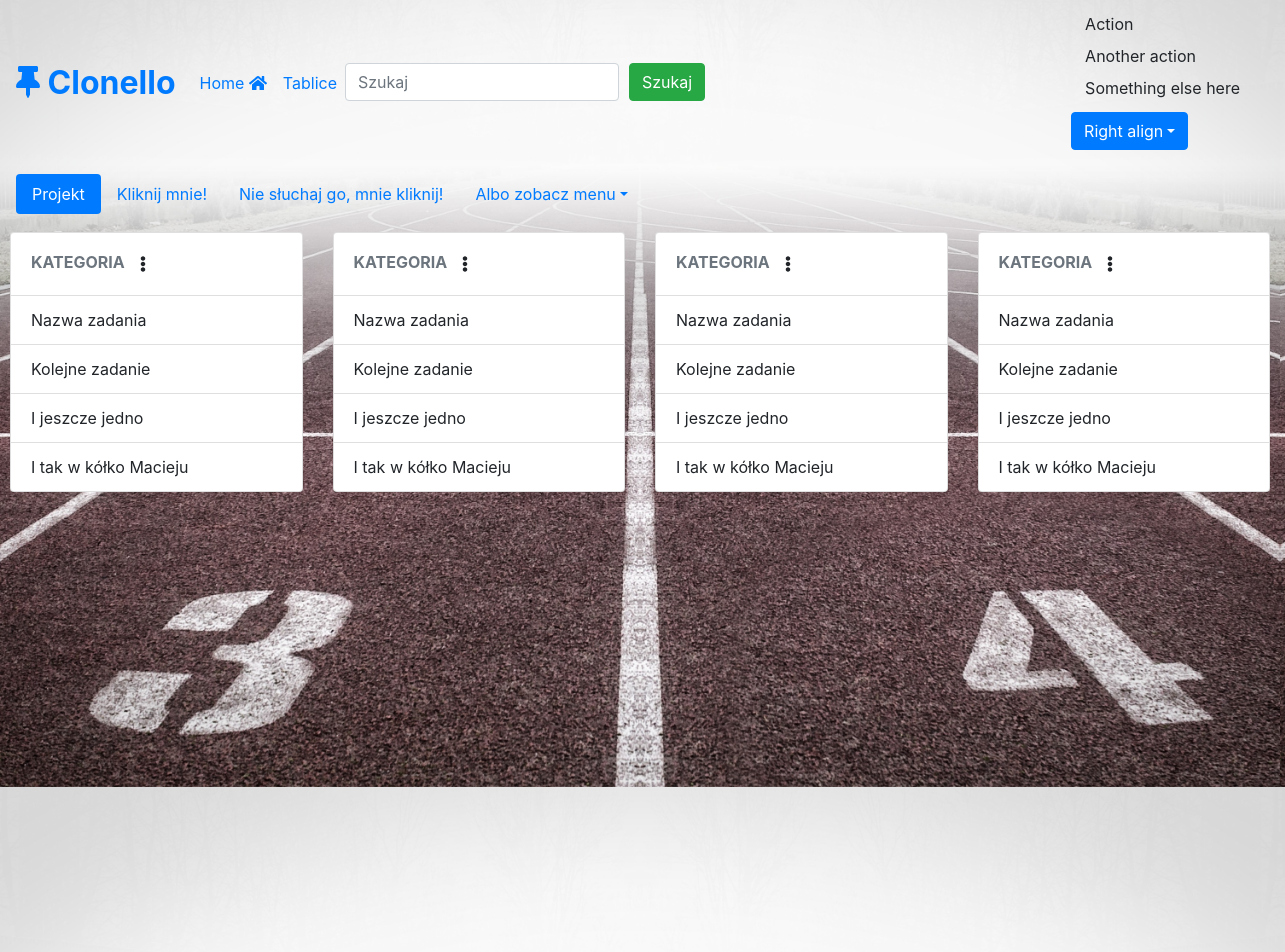
Repository: jnehlt/PAW-lab
Page: / (app in Frontend/clonello/)
An editor plug-in stored every save of this project. The page is shown before and after a run of saves, followed by the edit.
The browser window is 1280 px wide. The page is 1285 px wide, so the pictures cover 1285 px, including what lies to the right of the window. The pictures show the whole page.
The project was rebuilt for these pictures with package versions that can differ from the ones it lists, and the page was loaded fresh each time.

Above is the page before, as saved 2020-04-24 22:51:20.

### Frontend/clonello/src/main.js
import "@babel/polyfill";
import "mutationobserver-shim";
import Vue from "vue";
import "./plugins/bootstrap-vue";
import App from "./App.vue";
import router from "./router";
import "@fortawesome/fontawesome-free/css/all.css";
import "@fortawesome/fontawesome-free/js/all.js";

Vue.config.productionTip = false;

new Vue({
  router,
  render: h => h(App)
}).$mount("#app");

### Frontend/clonello/src/App.vue
<template>
  <div id="app">
    <topheader></topheader>
    <projectheader></projectheader>

    <div class="row">
        <maincard></maincard>
        <maincard></maincard>
        <maincard></maincard>
        <maincard></maincard>
        <maincard></maincard>
        <maincard></maincard>
        <maincard></maincard>
        <maincard></maincard>
    </div>
    <router-view />
  </div>
</template>

<script>
import TopHeader from "@/components/TopHeader.vue";
import ProjectHeader from "@/components/ProjectHeader.vue";
import MainCard from "@/components/MainCard.vue";

export default {
  components: {
    "topheader": TopHeader,
    "projectheader": ProjectHeader,
    "maincard": MainCard
  }
};
</script>

<style lang="scss">

body {
    background-image: url("../src/assets/running-track-sn-3000x2001.jpg");
    background-size: cover;
    background-position: center;
}

.dropdown-header {
    font-size: larger;
    font-weight: bolder;
}

html, body {
    height: 100%;
}

.list-head {
    font-weight: bolder;
    text-transform: uppercase;
}

.btn {
    margin-left: 2px;
}


.row {
  display: flex;
  flex-wrap: nowrap;
  overflow-x: auto;
  margin-left: -5px;
  margin-right: -5px;
  margin-top: 10px;
  height: 100vh;
}

::-webkit-scrollbar {
  height: 4px;              /* height of horizontal scrollbar ← You're missing this */
  width: 4px;               /* width of vertical scrollbar */
  border: 1px solid #d5d5d5;
  margin-left: -5px;
  margin-right: -5px;
}


</style>

### Frontend/clonello/src/components/TopHeader.vue
<template>
  <div>
    <nav class="navbar navbar-expand-lg">
      <a class="navbar-brand" href="#"><i class="fas fa-thumbtack"></i> Clonello</a>
      <button class="navbar-toggler navbar-dark" type="button" data-toggle="collapse" data-target="#navbarNav" aria-controls="navbarNav" aria-expanded="false" aria-label="Toggle navigation">
          <span class="navbar-toggler-icon"></span>
      </button>
      <div class="collapse navbar-collapse" id="navbarNav">
        <ul class="navbar-nav mr-auto">
          <li class="nav-item">
            <a class="nav-link" href="#">Home <i class="fas fa-home"></i></a>
          </li>
          <li class="nav-item">
            <a class="nav-link" href="#">Tablice</a>
          </li>
          <li class="nav-item">
            <form class="form-inline my-2 my-lg-0">
              <input class="form-control mr-sm-2" type="search" placeholder="Szukaj" aria-label="Search">
              <button class="btn btn-success my-2 my-sm-0" type="submit">Szukaj</button>
            </form>
          </li>
        </ul>
        <ul class="navbar-right navbar-nav">
          <li>
            <b-dropdown id="dropdown-right" right text="Dodaj" variant="success" class="m-2"
              <b-dropdown-item href="#">Action</b-dropdown-item>
              <b-dropdown-item href="#">Another action</b-dropdown-item>
              <b-dropdown-item href="#">Something else here</b-dropdown-item>
            </b-dropdown>
            <b-dropdown id="dropdown-right" right text="Right align" variant="primary" class="m-2">
              <b-dropdown-item href="#">Action</b-dropdown-item>
              <b-dropdown-item href="#">Another action</b-dropdown-item>
              <b-dropdown-item href="#">Something else here</b-dropdown-item>
            </b-dropdown>
          </li>
        </ul>
      </div>
    </nav>
  </div>
  <!-- class="btn btn-success" type="button" data-toggle="collapse" data-target="#collapseAdd" aria-expanded="false" aria-controls="collapseAdd">Dodaj <i class="fas fa-plus"></i>
            </button> -->
</template>

<script>



export default {

};
</script>

<!-- Add "scoped" attribute to limit CSS to this component only -->
<style scoped lang="scss">
.navbar-brand {
    font-weight: bolder;
    font-size: 2em;
}

.navbar {
    background-color: transparent;
}

.navbar-toggler {
    background-color: #4e555b;
}
</style>

### Frontend/clonello/src/components/ProjectHeader.vue
<template>
  <div>
      <div class="navbar navbar-expand-lg">
      <ul class="nav nav-pills nav-fill">
        <li class="nav-item">
          <a class="nav-link active" href="#">Projekt</a>
        </li>
        <li class="nav-item">
          <a class="nav-link" href="#">Kliknij mnie!</a>
        </li>
        <li class="nav-item">
          <a class="nav-link" href="#">Nie słuchaj go, mnie kliknij!</a>
        </li>
        <li class="nav-item dropdown">
          <a class="nav-link dropdown-toggle" data-toggle="dropdown" href="#" role="button" aria-haspopup="true" aria-expanded="false">Albo zobacz menu</a>
          <div class="dropdown-menu">
            <h5 class="dropdown-header">Menu</h5>
            <div class="dropdown-divider"></div>
            <a class="dropdown-item" href="#">No dobra</a>
            <a class="dropdown-item" href="#">Trochę zamieszania</a>
            <a class="dropdown-item" href="#">Dziwnie wyszło</a>
            <a class="dropdown-item" href="#">Ale klinkij tamte</a>
          </div>
        </li>
      </ul>
    </div>
  </div>
</template>

<script>
export default {

}
</script>

<style>
.navbar-brand {
    font-weight: bolder;
    font-size: 2em;
}

.navbar {
    background-color: transparent;
}

.navbar-toggler {
    background-color: #4e555b;
}
</style>

### Frontend/clonello/src/components/MainCard.vue
<template>
        <div class="col-3 col-md-3 col-sm-3">
            <ul class="list-group">
                <li class="list-group-item disabled list-head" aria-disabled="true">Kategoria<button class="btn btn-kropki"><i class="fas fa-ellipsis-v"></i></button></li>
                <li class="list-group-item">Nazwa zadania</li>
                <li class="list-group-item">Kolejne zadanie</li>
                <li class="list-group-item">I jeszcze jedno</li>
                <li class="list-group-item">I tak w kółko Macieju</li>
            </ul>
        </div>

</template>

<script>
export default {

}
</script>

<style>

</style>

### Frontend/clonello/src/views/Home.vue
<template>
  <div class="home"></div>
</template>

<script>
// @ is an alias to /src
export default {
  name: "Home",
  components: {}
};
</script>

Loaded but not shown: Frontend/clonello/public/index.html (common file); Frontend/clonello/src/plugins/bootstrap-vue.js (common file); Frontend/clonello/src/router/index.js (common file)

After the next 9 saves:
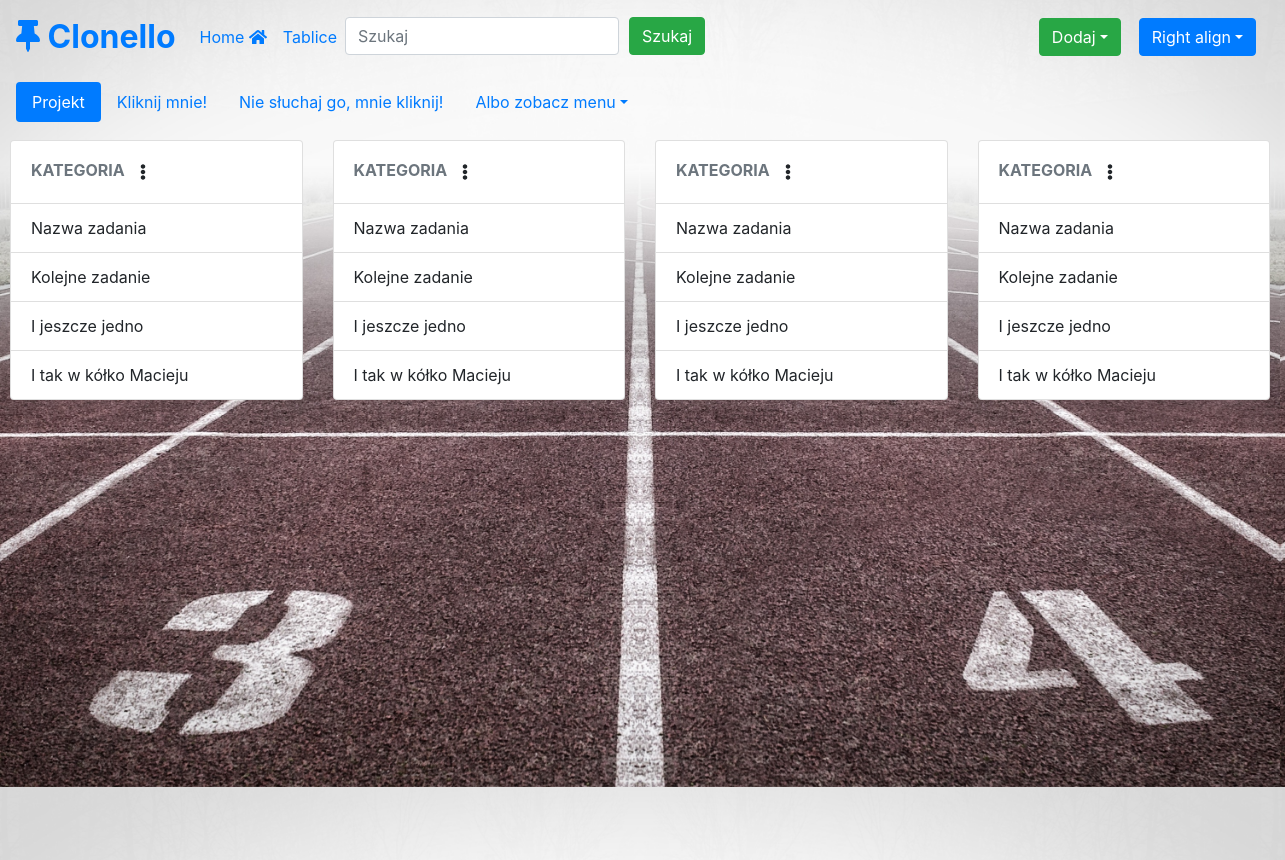
The 9 saves are shown as one change because 1 did not build or start and some came seconds apart.
The last was saved 41 s later.
--- a/Frontend/clonello/src/components/TopHeader.vue
+++ b/Frontend/clonello/src/components/TopHeader.vue
@@ -22,7 +22,7 @@
         </ul>
         <ul class="navbar-right navbar-nav">
           <li>
-            <b-dropdown id="dropdown-right" right text="Dodaj" variant="success" class="m-2"
+            <b-dropdown id="dropdown-right" right text="Dodaj" variant="success" class="m-2">
               <b-dropdown-item href="#">Action</b-dropdown-item>
               <b-dropdown-item href="#">Another action</b-dropdown-item>
               <b-dropdown-item href="#">Something else here</b-dropdown-item>
